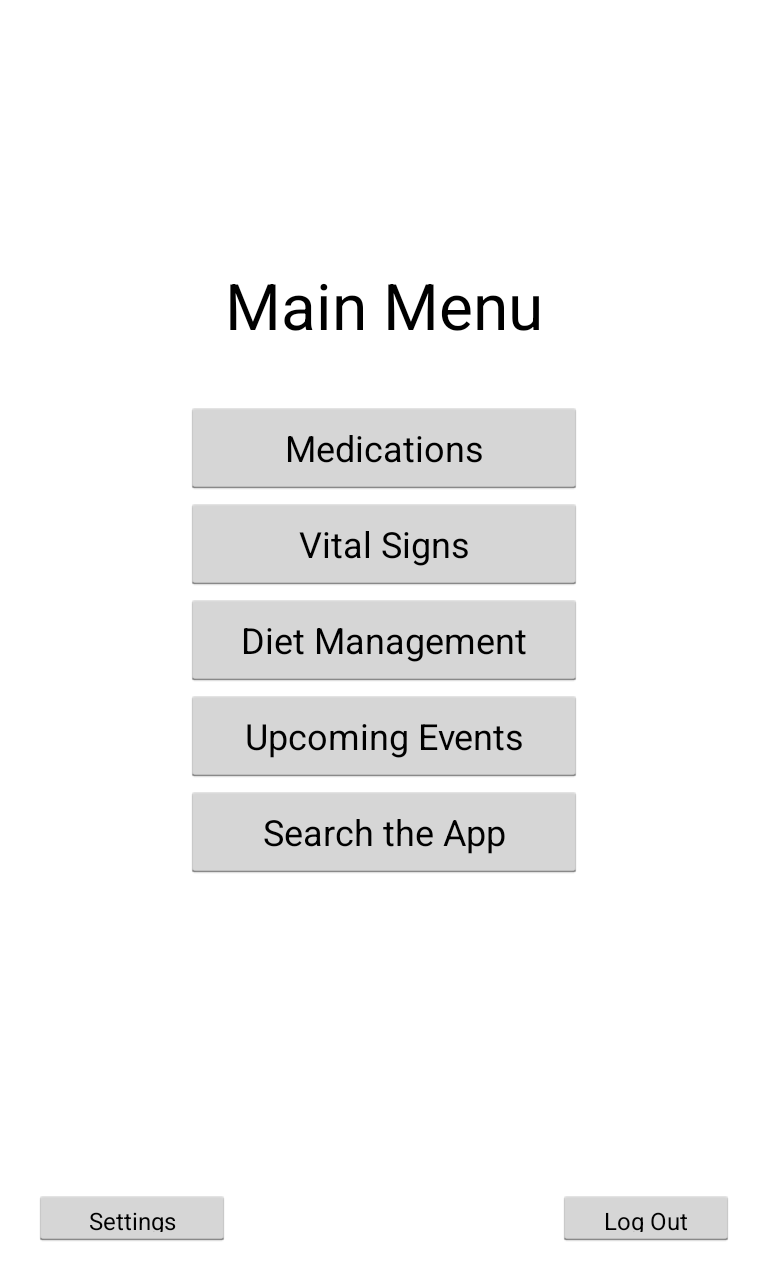
Repository: seth-skocelas/PHMS
Layout: PHMS/res/layout/activity_main_menu.xml
The author's editor kept a copy of each file at every save. The layout is drawn from the files as they stood at one save, then again after the next save.
It is drawn on a 768 x 1280 px phone screen (xhdpi) without system bars, with theme AppTheme; the app's code is not run.

Above is the layout before, as saved 2014-04-22 05:32:55.

After the next save:
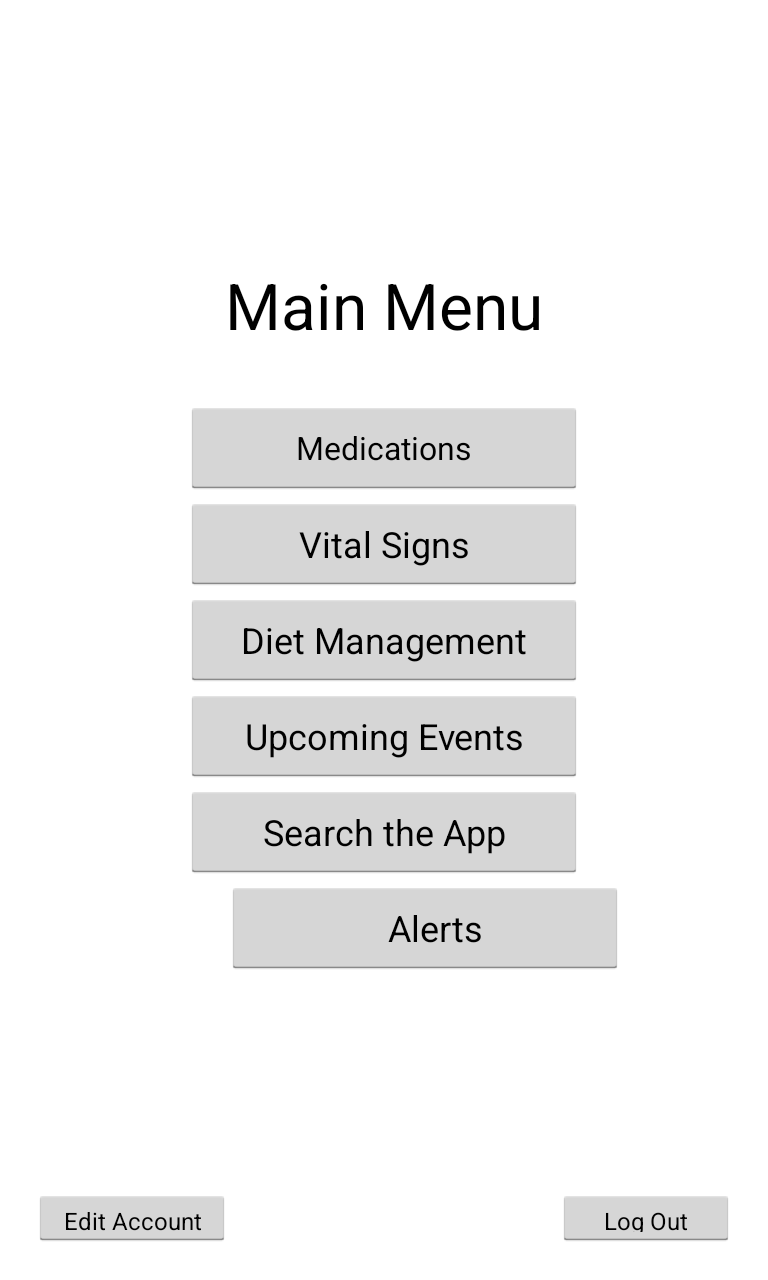
Saved 45 s later.
--- a/PHMS/res/layout/activity_main_menu.xml
+++ b/PHMS/res/layout/activity_main_menu.xml
@@ -20,7 +20,7 @@
         android:layout_centerInParent="true"
         android:layout_marginRight="80dp"
         android:text="@string/diet_management"
-    	android:onClick="displayDiet" />
+    	android:onClick="startDiet" />
 
     <Button
         android:id="@+id/button4"
@@ -48,19 +48,18 @@
         android:layout_above="@+id/button3"
         android:layout_centerHorizontal="true"
         android:layout_marginRight="80dp"
-        android:text="@string/vital_signs"
-        android:onClick="displayVital" />
+        android:text="@string/vital_signs" />
 
     <Button
         android:id="@+id/button1"
-        style="@id/button1"
+        style="@style/AppBaseTheme"
         android:layout_width="200dp"
         android:layout_height="wrap_content"
         android:layout_above="@+id/button2"
         android:layout_centerHorizontal="true"
         android:layout_marginRight="80dp"
-        android:onClick="displayMed"
-        android:text="@string/medications" />
+        android:text="@string/medications"
+        android:onClick="displayMed" />
 
     <TextView
         android:id="@+id/textView1"
@@ -79,9 +78,8 @@
         android:layout_height="30dp"
         android:layout_alignParentBottom="true"
         android:layout_alignParentLeft="true"
-        android:text="@string/settings"
-        android:textSize="12sp"
-        android:onClick="displaySettings" />
+        android:text="@string/edit_acct"
+        android:textSize="12sp" />
 
     <Button
         android:id="@+id/button7"
@@ -94,4 +92,16 @@
         android:onClick="LogOut"
         android:textSize="12sp" />
 
+    <Button
+        android:id="@+id/button8"
+        android:layout_width="200dp"
+        android:layout_height="wrap_content"
+        android:layout_alignLeft="@+id/textView1"
+        android:layout_below="@+id/button5"
+        android:layout_centerHorizontal="true"
+        android:paddingLeft="22dp"
+        android:text="Alerts"
+        android:onClick="displayAlert"/>
+
+
 </RelativeLayout>
